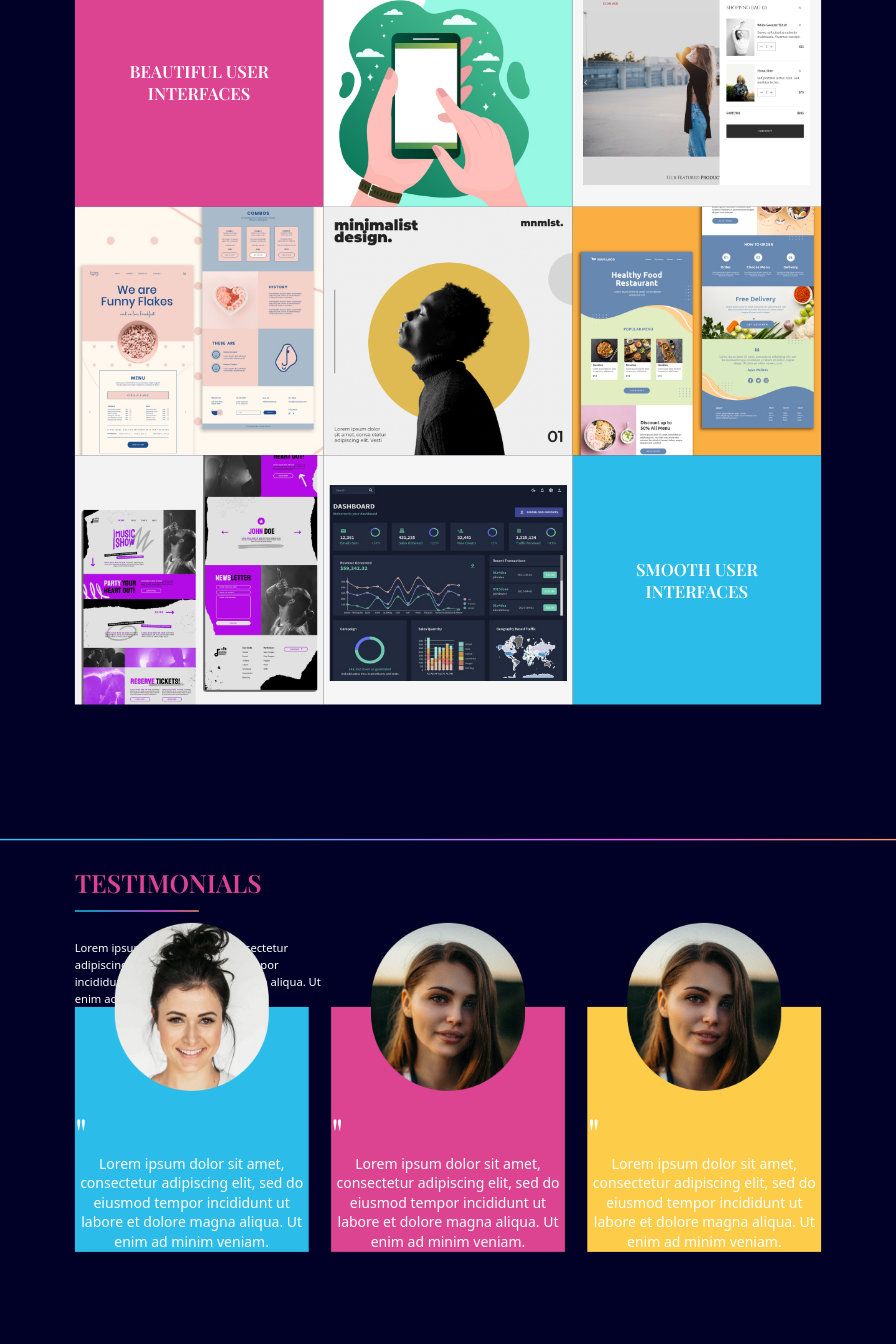
Repository: thibaultNicolas/portfolio-react
Page: /
An editor plug-in stored every save of this project. The page is shown before and after the next save, followed by the edit.
The browser window is 1280 px wide. The pictures show the part of the page from y = 2039 to 3959 px (the page is 3959 px tall), at 70% of full size.
The project was rebuilt for these pictures with package versions that can differ from the ones it lists, and the page was loaded fresh each time. Also part of the build but not shown: next.config.ts.

Above is the page before, as saved 2023-01-08 12:04:02.

After the next save:
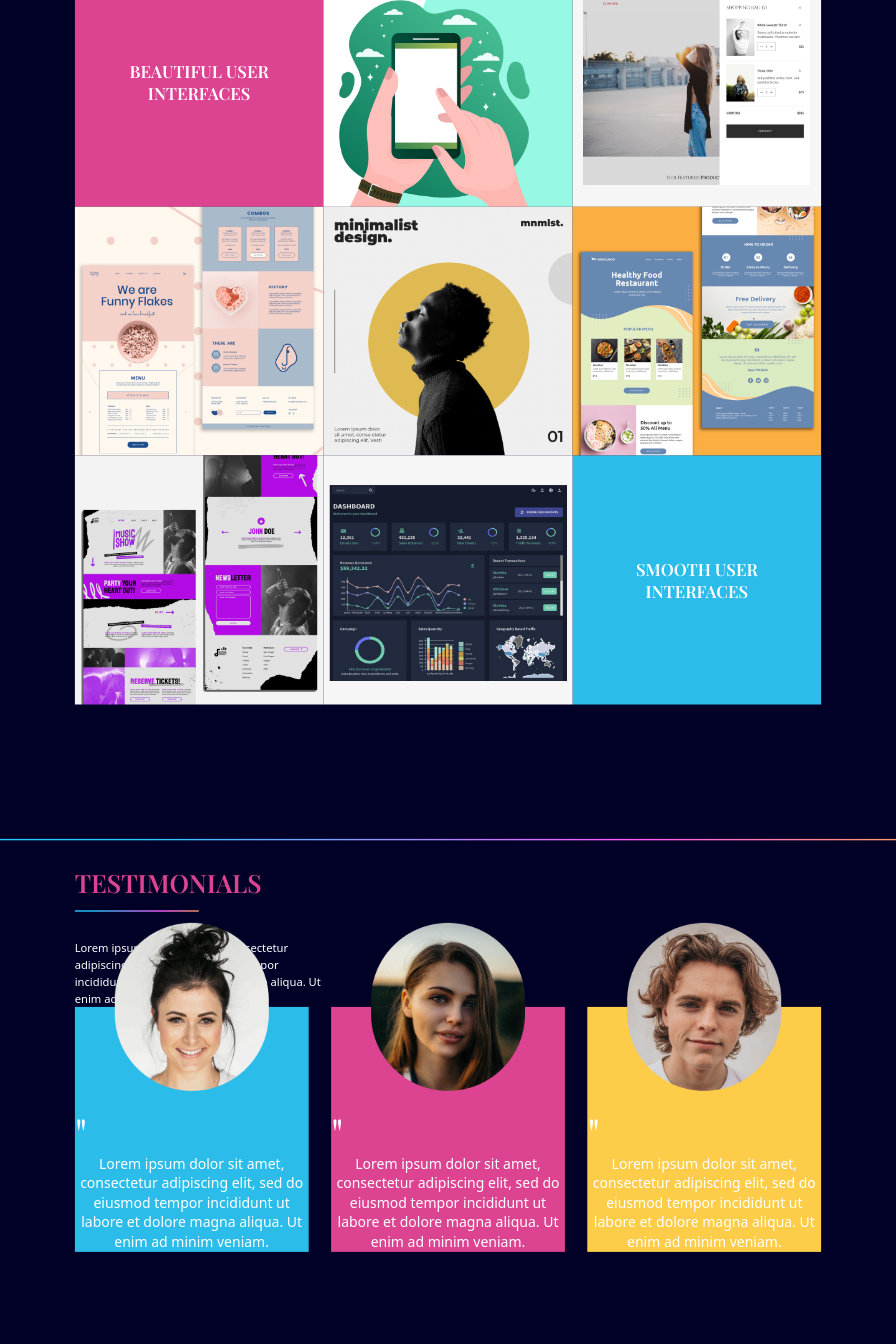
Saved 4 s later.
--- a/src/scenes/Testimonials.jsx
+++ b/src/scenes/Testimonials.jsx
@@ -69,7 +69,7 @@ const Testimonials = () => {
                     </p>
                 </motion.div>
                 <motion.div
-                    className={`bg-yellow ${testimonialsStyles} before:content-person2`}
+                    className={`bg-yellow ${testimonialsStyles} before:content-person3`}
                     initial="hidden"
                     whileInView="visible"
                     viewport={{ once: true, amount: 0.5 }}
